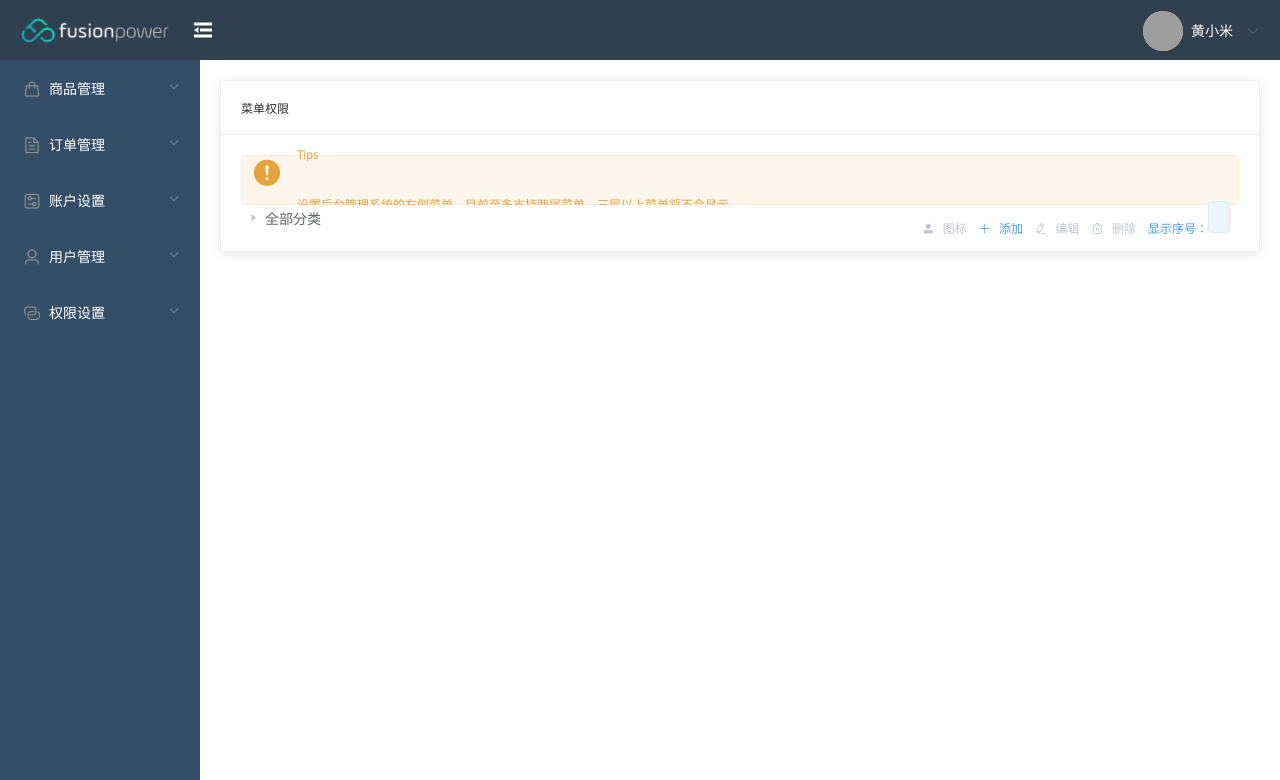
Repository: HanNing-cyber/vue-cms-project
Page: /#/auth/menu
These files come from the project's save history. The page is drawn as it stood at one moment and after the next save; the edit follows.
The browser window is 1280 px wide. The pictures show the whole page.
Pictures or frames that could not be fetched are drawn as grey boxes. The project was rebuilt for these pictures with package versions that can differ from the ones it lists, and the page was loaded fresh each time. Also part of the build but not shown: vue.config.js, src/views/Login.vue, src/views/Register.vue.

Above is the page before, as saved 2020-05-06 00:35:47.

### src/main.js
import Vue from 'vue'
import App from './App.vue'
import router from './router'
import store from './store'
import '@/plugins/element'
import '@/plugins/axios'

Vue.config.productionTip = false

new Vue({
  router,
  store,
  render: h => h(App)
}).$mount('#app')

### src/App.vue
<template>
  <div id="app">
    <router-view></router-view>
  </div>
</template>

<script>
export default {
  name: "app",
  components: {}
};
</script>

<style lang="less">
@import "./assets/css/reset.css";
.el-row {
  margin-bottom: 20px;
  &:last-child {
    margin-bottom: 0;
  }
}
.el-col {
  border-radius: 4px;
}
.bg-purple-dark {
  background: #99a9bf;
}
.bg-purple {
  background: #d3dce6;
}
.bg-purple-light {
  background: #e5e9f2;
}
.grid-content {
  border-radius: 4px;
  min-height: 36px;
}
.row-bg {
  padding: 10px 0;
  background-color: #f9fafc;
}
a{
  color: currentColor;
}
</style>

### src/router/index.js
import Vue from 'vue'
import VueRouter from 'vue-router'
import Login from "@/views/Login.vue";
import Register from "@/views/Register.vue";
import Layout from "@/components/Layout.vue";
import { Message} from 'element-ui'

Vue.use(VueRouter)

  const routes = [
  {
    path: '/',
    name: 'Login',
    alias: "/login",
    meta:{requiresAuth:false},
    component: Login,
  },
  {
    path: '/register',
    name: 'Register',
    meta:{requiresAuth:false},
    component: Register,
  },
  // 商品管理
  {
    path:'/goods',
    name:'Goods',
    component:Layout,
    children: [
      {
        path: "list",
        name: "GoodsList",
        meta:{requiresAuth:true},
        component: () => import("@/views/Goods/List.vue"),
      },
      {
        path: "release",
        name: "GoodsRelease",
        meta:{requiresAuth:true},
        component: () => import("@/views/Goods/Release.vue"),
      },
      {
        path: "category",
        name: "GoodsCategory",
        meta:{requiresAuth:true},
        props: true,
        component: () => import("@/views/Goods/Category.vue"),
      },
      {
        path: 'edit',
        name: 'GoodsEdit',
        // meta: { requiresAuth: true },
        component: () => import('@/views/Goods/Edit.vue')
      },
    ],
  },
  // 订单管理
  {
    path:'/order',
    name:'Order',
    component:Layout,
    children: [
      {
        path: "list",
        name: "OrderList",
        meta:{requiresAuth:true},
        component: () => import("@/views/Order/List.vue"),
      },
    ],
  },
  // 账户设置
  {
    path:'/admin',
    name:'Admin',
    component:Layout,
    children: [
      {
        path: "setting",
        name: "AdminSetting",
        meta:{requiresAuth:true},
        component: () => import("@/views/Admin/Setting.vue"),
      },
    ],
  },
  // 用户管理
  {
    path:'/user',
    name:'User',
    component:Layout,
    children: [
      {
        path: "list",
        name: "UserList",
        meta:{requiresAuth:true},
        component: () => import("@/views/User/List.vue"),
      },
    ],
  },
  // 权限管理
  {
    path:'/auth',
    name:'Auth',
    component:Layout,
    children: [
      {
        path: "role",
        name: "AuthRole",
        meta:{requiresAuth:true},
        component: () => import("@/views/Auth/Role.vue"),
      },
      {
        path: "menu",
        name: "AuthMenu",
        meta:{requiresAuth:true},
        component: () => import("@/views/Auth/Menu.vue"),
      },
    ],
  },
]

const router = new VueRouter({
  routes
})

export default router

### src/plugins/axios.js
import axios from 'axios';
import { Loading,Message } from 'element-ui';
// 路由实例
import router from '@/router/index'
// loading实例
let loading;
//设置默认参数
axios.defaults.baseURL='http://localhost:3003';

// 请求拦截器
axios.interceptors.request.use(function(config){
    // 开启loding
    loading=Loading.service({background:'rgba(0,0,0,0.7'});
    console.log(config);
    // 在发送请求之前，在headers头加token
    if(config.url=='/api/admin/login' || config.url=='/api/admin/register'){
        return config;
    }
    let token = sessionStorage.token;
    // 判断是否已经登录，拥有token
    // 没有token，提示用户，跳转登录页面
    if(!token){
        Message.error('token令牌失效，请重新登录！')
        setTimeout(()=>{
            router.replace('/login');
            loading.close();
        },2000);
        return;
    }
    // 拥有token，在headers头添加token
    config.headers.Authorization=`Bearer ${token}`;
    return config;
},function(error){
    // 对请求错误做些什么
    return Promise.reject(error);
})


axios.interceptors.response.use(function (response) {
    // 关闭loading
    loading.close();
    //在这里你可以判断后台返回数据携带的请求码
    if (response.status === 200) {
    return response.data
    }
    // else {
    // // 非200请求抱错
    // throw Error(response.data.msg || '服务异常')
    // }
}, function (error) {
    // 对响应错误做点什么
    return Promise.reject(error);
});

export default axios;

### src/assets/css/reset.css
/*version: 2.7.0 */

html,
body {
	color: #898989;
	background: #FFF;
	font-family: "Microsoft YaHei UI", "Microsoft YaHei UI Light", "微软雅黑", "宋体", Helvetica-Black-SemiBold, Tahoma, Arial, sans-serif;
	font-size: 12px;
}

body,
div,
dl,
dt,
dd,
ul,
ol,
li,
h1,
h2,
h3,
h4,
h5,
h6,
pre,
code,
form,
fieldset,
legend,
input,
button,
textarea,
p,
blockquote,
th {
	margin: 0;
	padding: 0;
}

table {
	border-collapse: collapse;
	border-spacing: 0;
}

fieldset {
	border: solid 1px #666;
}
/*取消img蓝框*/
img {
	border: 0;
}

address,
caption,
cite,
code,
dfn,
em,
strong,
th,
var,
optgroup {
	font-style: inherit;
	font-weight: inherit;
}

del,
ins {
	text-decoration: none;
}

li {
	list-style: none;
}

caption,
th {
	text-align: left;
}

h1,
h2,
h3,
h4,
h5,
h6 {
	font-weight: normal;
}

h2 {
	font-size: 16px;
}

h3 {
	font-size: 14px;
}

q:before,
q:after {
	content: '';
}

abbr,
acronym {
	border: 0;
	font-variant: normal;
}

sup {
	vertical-align: baseline;
}

sub {
	vertical-align: baseline;
}

legend {
	color: #000;
}

input,
button,
textarea,
select,
optgroup,
option {
	font-family: inherit;
	font-size: inherit;
	font-style: inherit;
	font-weight: inherit;
}

input,
button,
textarea,
select {
	*font-size: 100%;
}

strong {
	font-weight: bold;
}

em {
	font-style: italic;
}
/*取消链接下横线*/
a {
	color: #ffd200;;
	text-decoration: none;
}

a:hover {
	color: #666;
}

a:focus {
	outline: thin dotted;
}


/* 改善在所有浏览器中获取焦点和悬停时的可读性: h5bp.com/h */

a:hover,
a:active {
	outline: 0;
}

.fl {
	float: left;
}

.fr {
	float: right;
}

.clear {
	clear: both;
}

.clearfix {
	*zoom: 1;
}

.clearfix:before,
.clearfix:after {
	display: table;
	line-height: 0;
	content: "";
}

.clearfix:after {
	clear: both;
}

.container {
	width: 1200px;
	margin-right: auto;
	margin-left: auto;
	*zoom: 1;
}

.container:before,
.container:after {
	display: table;
	line-height: 0;
	content: "";
}

.container:after {
	clear: both;
}

### src/components/Layout.vue
<template>
  <el-container>
    <el-header>
      <Navbar></Navbar>
    </el-header>
    <el-container>
      <el-aside width="200px">
        <LeftMenu></LeftMenu>
      </el-aside>
      <el-main>
        <router-view></router-view>
      </el-main>
    </el-container>
  </el-container>
</template>

<script>
import LeftMenu from '@/components/LeftMenu.vue';
import Navbar from '@/components/Navbar.vue';
export default{
    components:{
        LeftMenu,
        Navbar,
    }
}
</script>

<style lang="less">
 .el-header, .el-footer {
    background-color: #31404E;
    color: white;
    line-height: 60px;
  }

  .el-aside {
    background-color: #334E66;
    color: #333;
    text-align: left;
    min-height: 100vh;
    .el-menu{
      border-right: 0;
    }
  }

  .el-main {
    background-color: white;
    color: #333;
  }

  body > .el-container {
    margin-bottom: 40px;
  }

  .el-container:nth-child(5) .el-aside,
  .el-container:nth-child(6) .el-aside {
    line-height: 260px;
  }

  .el-container:nth-child(7) .el-aside {
    line-height: 320px;
  }
</style>

### src/views/Auth/Menu.vue
<template>
	<div>
		<el-card class="box-card">
			<div slot="header" class="clearfix">
				<span>菜单权限</span>
			</div>
			<!-- <el-tree :data="data" :props="defaultProps" @node-click="handleNodeClick"></el-tree> -->
			<div class="custom-tree-container">
				<el-tag type="warning" class="tip-tag">
					<div class="left-tip"><i class="el-icon-warning" style="fontSize:30px"></i></div>
					<div class="right-tip">
						<div>Tips</div>
						<div>设置后台管理系统的左侧菜单，目前至多支持两层菜单，三层以上菜单将不会显示。</div>
					</div>
				</el-tag>
				<div class="block">
					<!-- <el-tree ref="tree" lazy :props="defaultProps" :data="data"> -->
					<el-tree ref="tree" :load="loadNode" lazy :props="defaultProps" node-key="id">
						<span class="custom-tree-node" slot-scope="{ node, data }">
							<span>{{node.label }}</span>
							<span>
								<el-tooltip class="item" effect="light" content="Left Top 提示文字" placement="left-start">
									<el-button type="text" size="mini" icon="el-icon-user-solid" :disabled="node.level==1">
										图标
									</el-button>
								</el-tooltip>
								<el-button type="text" size="mini" icon="el-icon-plus" @click.stop="openInsertModal(node,data)">
									添加
								</el-button>
								<el-button type="text" size="mini" icon="el-icon-edit" :disabled="node.level==1" @click.stop="openEditModal(node,data)">
									编辑
								</el-button>
								<el-button type="text" size="mini" icon="el-icon-delete" @click.stop="openRemoveModal(node,data)" :disabled="node.level==1">
									删除
								</el-button>
								<el-button type="text" size="mini">
									<span class="sort">显示序号：</span>
									<el-tag class="tag">{{data.order}}</el-tag>
								</el-button>
							</span>
						</span>
					</el-tree>
				</div>
			</div>
		</el-card>
		<!-- 添加模态框 -->
		<el-dialog title="添加节点" :visible.sync="insertVisible" width="30%">
			<el-form ref="insertForm" :model="insertForm" :rules="rules" label-width="80px">
				<el-form-item label="菜单名称" prop="name">
					<el-input v-model="insertForm.name"></el-input>
				</el-form-item>
				<el-form-item label="链接地址" prop="path">
					<el-input v-model="insertForm.path" placeholder="指定此菜单的链接地址,可选填"></el-input>
				</el-form-item>
				<el-form-item label="显示顺序" prop="order">
					<el-input v-model="insertForm.order" placeholder="显示顺序按照数字大小,如:2001"></el-input>
				</el-form-item>
			</el-form>
			<span slot="footer" class="dialog-footer">
				<el-button @click="insertVisible = false">取 消</el-button>
				<el-button type="primary" @click="handleInsert('insertForm')">确 定</el-button>
			</span>
		</el-dialog>

		<!-- 编辑模态框 -->
		<el-dialog title="编辑节点" :visible.sync="editVisible" width="30%">
			<el-form ref="editForm" :model="editForm" :rules="rules" label-width="80px">
				<el-form-item label="菜单名称" prop="name">
					<el-input v-model="editForm.name"></el-input>
				</el-form-item>
				<el-form-item label="链接地址" prop="path">
					<el-input v-model="editForm.path" placeholder="指定此菜单的链接地址,可选填"></el-input>
				</el-form-item>
				<el-form-item label="显示顺序" prop="order">
					<el-input v-model="editForm.order" placeholder="显示顺序按照数字大小,如:2001"></el-input>
				</el-form-item>
			</el-form>
			<span slot="footer" class="dialog-footer">
				<el-button @click="editVisible = false">取 消</el-button>
				<el-button type="primary" @click="handleEdit('editForm')">确 定</el-button>
			</span>
		</el-dialog>
	</div>
</template>

<script>
	import { Auth } from '@/api/index.js'

	export default {
		data() {
			return {
				defaultProps: {
					label: 'name',
					children: "children",
				},
				insertForm: {
					name: '',
					pId: '',
					order: '',
				},
				editForm: {
					name: '',
					pId: '',
					order: '',
				},
				rules: {
					name: [
						{ required: true, message: '请输入分类名称', trigger: 'blur' },
					],
					order: [
						{ required: true, message: '请输入菜单顺序', trigger: 'blur' },
					]
				},
				nodeData: {}, //节点数据
				node: {}, //节点对象
				insertVisible: false,
				editVisible: false,
			}
		},
		methods: {
			async loadNode(node, resolve) {
				console.log(node);
				// 根节点
				if (node.level == 0) {
					return resolve([{ name: '全部分类', pId: 0 }]);
				}
				if (node.level == 1) {
					// 取出node.data里的数据
					let { status, data } = await Auth.subcate({ pId: 1 });
					if (status) {
						resolve(data);
					}
				}
				if (node.level == 2) {
					// 取出node.data里的数据
					let id = node.data.id;
					// let { pId } = node.data;
					let { status, data } = await Auth.subcate({ pId: id });
					if (status) {
						resolve(data);
					}
				}
			},
			// 删除
			openRemoveModal(node, data) {
				this.$confirm('确定要删除此分类吗?', { type: 'warning' })
					.then(async () => {
						// 发送ajax
						let id = node.data.id;
						let { status } = await Auth.del({ id }); //扩展运算符
						if (status) {
							// 界面上的数据删除
							this.$refs.tree.remove(data);
							this.$message.success('删除成功');
						} else {
							this.$message.error(msg);
						}
					});
			},
			// 添加
			openInsertModal(node, data) {
				console.log(data)
				// 转存了父级分类id
				this.insertForm.pId = data.pId + 1;
				// 转存 父类节点
				this.node = node;
				this.insertVisible = true;
			},
			handleInsert(formName) {
				this.$refs[formName].validate(async (valid) => {
					if (valid) {
						let { status, msg, data } = await Auth.insert({ ...this.insertForm }); //扩展运算符
						if (status) {
							// 关闭弹窗
							this.insertVisible = false;
							// 界面添加节点
							this.$refs.tree.append({ ...this.insertForm, ...data }, this.node);
						}
					}
				});
			},
			// 编辑
			openEditModal(node, data) {
				// 转存节点对象
				this.node = node;
				this.editForm = { ...data };
				this.editVisible = true;
			},
			handleEdit(formName) {
				this.$refs[formName].validate(async (valid) => {
					if (valid) {
						let { status, msg } = await Auth.Edit({ ...this.editForm }); //扩展运算符
						if (status) {
							this.$message.success(msg);
							// 关闭弹窗
							this.editVisible = false;
							// 更新节点
							this.node.data = this.editForm;
						} else {
							this.$message.error(msg);
						}
					}
				});
			}
		},
	}
</script>

<style lang="less" scoped>
	.custom-tree-node {
		flex: 1;
		display: flex;
		align-items: center;
		justify-content: space-between;
		font-size: 14px;
		padding-right: 8px;
	}

	.xu {
		font-size: 12px;
		padding-left: 10px;
	}
	.tip-tag{
		height: 50px;
		line-height: 50px;
		display: flex;
		justify-content: flex-start;
		align-items: center;

		.right-tip{
			margin-left: 15px;
		}
	}
</style>

### src/api/index.js
import Admin from './modules/admin';
import User from './modules/user';
import Login from './modules/login';
import Category from './modules/category';
import Goods from './modules/goods';
import Auth from './modules/auth';
import Order from './modules/order';
// import Upload from './modules/upload';
export {
    Admin,
    User,
    Login,
    Category,
    Goods,
    Auth,
    Order,
}

### src/components/LeftMenu.vue
<template>
  <el-menu router default-active="2" class="el-menu-vertical-demo" background-color="#334E66" text-color="#fff" active-text-color="#ffd04b">
    <el-submenu index="1">
      <template slot="title">
        <i class="el-icon-goods"></i>
        <span slot="title">商品管理</span>
      </template>
      <el-menu-item index="/goods/category">商品分类</el-menu-item>
      <el-menu-item index="/goods/release">发布商品</el-menu-item>
      <el-menu-item index="/goods/list">商品列表</el-menu-item>
    </el-submenu>
    <el-submenu index="2">
      <template slot="title">
        <i class="el-icon-document"></i>
        <span slot="title">订单管理</span>
      </template>
      <el-menu-item index="/order/list">订单列表</el-menu-item>
    </el-submenu>
    <el-submenu index="3">
      <template slot="title">
        <i class="el-icon-set-up"></i>
        <span slot="title">账户设置</span>
      </template>
      <el-menu-item index="/admin/setting">账户信息</el-menu-item>
    </el-submenu>
    <el-submenu index="4">
      <template slot="title">
        <i class="el-icon-user"></i>
        <span slot="title">用户管理</span>
      </template>
      <el-menu-item index="/user/list">用户列表</el-menu-item>
    </el-submenu>
    <el-submenu index="5">
      <template slot="title">
        <i class="el-icon-connection"></i>
        <span slot="title">权限设置</span>
      </template>
      <el-menu-item index="/auth/role">用户角色</el-menu-item>
      <el-menu-item index="/auth/menu">菜单权限</el-menu-item>
    </el-submenu>
  </el-menu>
</template>

<script></script>

<style lang="less" scoped>
body {
  overflow: hidden;

  .el-aside {
    height: 100vh;
  }
}
</style>

### src/components/Navbar.vue
<template>
  <div class="nav-bar">
    <div class="left">
      <div class="name">
        <img src="../assets/img/logo.png" alt="" width="150px">
      </div>
      <el-button type="text" class="icon-toggle" icon="el-icon-s-fold"></el-button>
    </div>
    <div class="right">
      <el-dropdown>
        <span class="el-dropdown-link">
          <el-avatar src="https://cube.elemecdn.com/0/88/03b0d39583f48206768a7534e55bcpng.png"></el-avatar>
          <span class="nickname">黄小米</span>
          <i class="el-icon-arrow-down el-icon--right"></i>
        </span>
        <el-dropdown-menu size="medium" slot="dropdown">
          <el-dropdown-item>消息</el-dropdown-item>
          <el-dropdown-item>设置</el-dropdown-item>
          <el-dropdown-item divided>退出</el-dropdown-item>
        </el-dropdown-menu>
      </el-dropdown>
    </div>
  </div>
</template>

<script>
export default {};
</script>

<style lang="less">
.nav-bar {
  display: flex;
  justify-content: space-between;
  align-items: center;
  padding: 5px 0;
  line-height: 0;

  .left {
    display: flex;
    align-items: center;

    .icon-toggle {
      font-size: 24px;
      margin-left: 20px;
      color: white;
    }
  }
  .right {
    .el-dropdown-link {
      display: flex;
      align-items: center;
    }
    .nickname {
      color: white;
      margin: 0 8px;
    }
  }
}
.el-dropdown-menu {
  width: 200px;
  background-color: #31404E;
}
</style>

### src/api/modules/admin.js
import axios from 'axios';

// // 管理员登陆

// //ES5写法
// // function login(data){
// //     return axios.post('/admin/login',data);
// // }

// // ES6写法
// let login = (data) => axios.post('/admin/login',data);
// let register = (data) => axios.post('/admin/register',data);
// let list = (data) => axios.get('/admin/list',{params:data});

// // 删除管理员
// let remove = (data) => axios.post('/admin/delete',{id:data});
// // 获取管理员资料

let info = (data) => axios.get('/api/admin',{params:data})

let edit = (data) => axios.post('/admin/info',data)
let subcate = (data) => axios.get('/api/role/list' , {params:data});
export default{
    info,
    edit,
    subcate,

}

### src/api/modules/user.js
import axios from 'axios';

// // 文章列表
let list = (data) => axios.get('/api/admin/list',{params:data});
let role = (data) => axios.get('/api/role/list', { params: data });
// // 删除用户
let remove = (id) => axios.delete('/api/admin' , {params:id});
// // 获取用户资料
// let info = (data) => axios.get('/user',{params:data});

// let edit = (id ,data ) => axios.put(`/user/${id}` ,data);

export default{
    list,
    role,
    remove,
//     info,
//     edit,
}

### src/api/modules/login.js
import axios from 'axios';



let login = (data) => axios.post('/api/admin/login',data);
let register = (data) => axios.post('/api/admin/register',data);

export default{
    login,
    register,

}

### src/api/modules/category.js
import axios from 'axios';
// 获取子级分类
let subcate = (data) => axios.get('/api/category/sub' , {params:data});
// 获取所有分类
let list= (data) => axios.get('/api/category/all' , {params:data});
// 添加分类
let insert = (data) => axios.post('/category/add' ,data)
// 删除分类
let remove = (id) => axios.delete('/api/category',{params:id});
// 编辑分类
let edit = (data) => axios.post('/category/edit',data)

export default{
    subcate,
    list,
    insert,
    remove,
    edit,
}

### src/api/modules/goods.js
import axios from 'axios';
// 获取子级分类
// let subcate = (data) => axios.get('/api/category/all' , {params:data});
// 获取所有分类
let list= (data) => axios.get('/api/admin/goods/list' , {params:data});
// // 添加分类
// let insert = (data) => axios.post('/category/add' ,data)
// // 删除分类
// let remove = (data) => axios.post('/category/delete',{id:data});
let remove = (id) => axios.delete('/api/admin/goods',{params:id});
// // 编辑分类
// let edit = (data) => axios.post('/category/edit',data)
// 发布新商品
let add = (data) => axios.post('/api/admin/goods',data);
// 发布新商品
let release = (data) => axios.post('/api/admin/goods', data);

export default{
    list,
    remove,
    release,
}

### src/api/modules/auth.js
import axios from 'axios';

// // 列表
let list = (data) => axios.get('/api/role/list', { params: data });
// //删除
// let remove = (id) => axios.delete(`/role/${id}`);
let remove = (id) => axios.delete('/api/menu',{params:id});
let menu = (data) => axios.get('/api/menu/sub', { params: data })
// //添加
let insert = (data) => axios.post('/api/menu', data);
// //编辑
// let edit = (id, data) => axios.put(`/role/${id}`, data);
export default {
	list,
	remove,
	menu,
	insert,
// 	edit
}

### src/api/modules/order.js
import axios from 'axios';

// 订单列表
let list = (data) => axios.get('/api/admin/order/list', { params: data })

export default {
	list,
}

Loaded but not shown: public/index.html (common file); src/store/index.js (common file); src/plugins/element.js (common file)

After the next save:
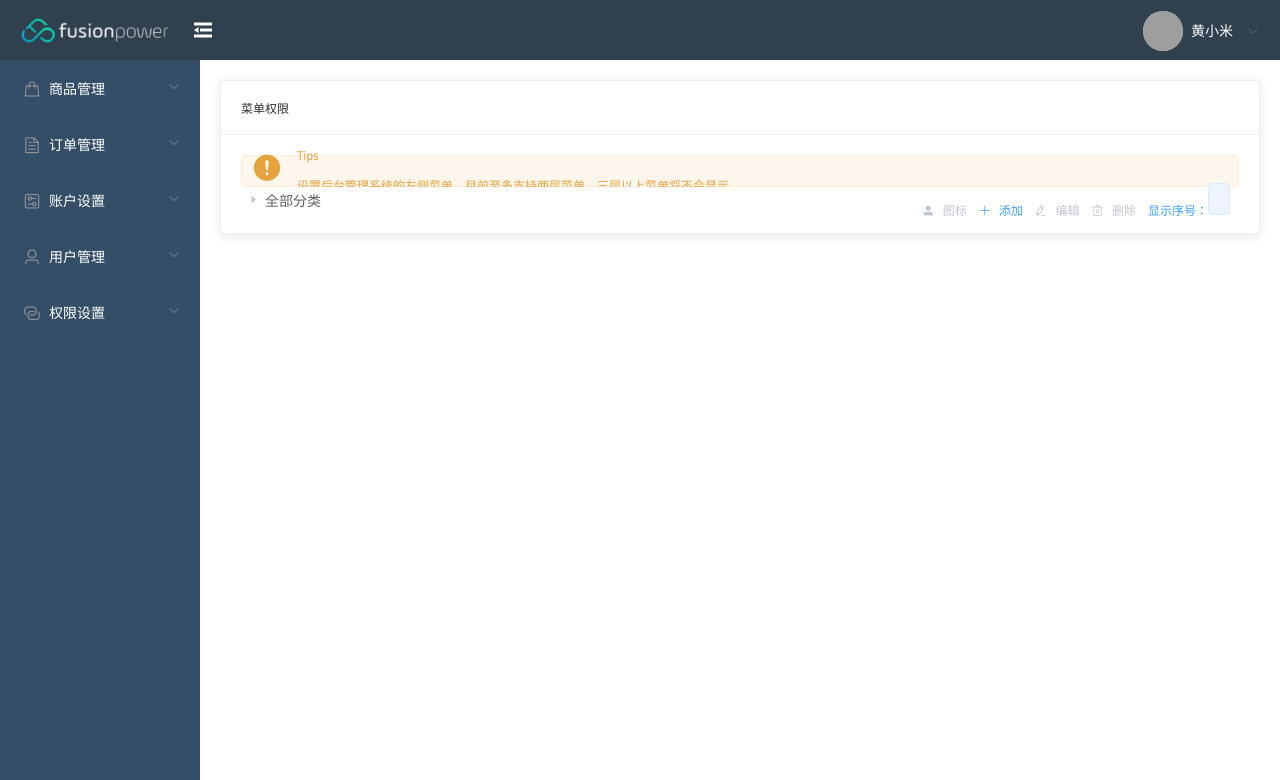
Saved 5 s later.
--- a/src/views/Auth/Menu.vue
+++ b/src/views/Auth/Menu.vue
@@ -221,8 +221,6 @@
 		padding-left: 10px;
 	}
 	.tip-tag{
-		height: 50px;
-		line-height: 50px;
 		display: flex;
 		justify-content: flex-start;
 		align-items: center;
